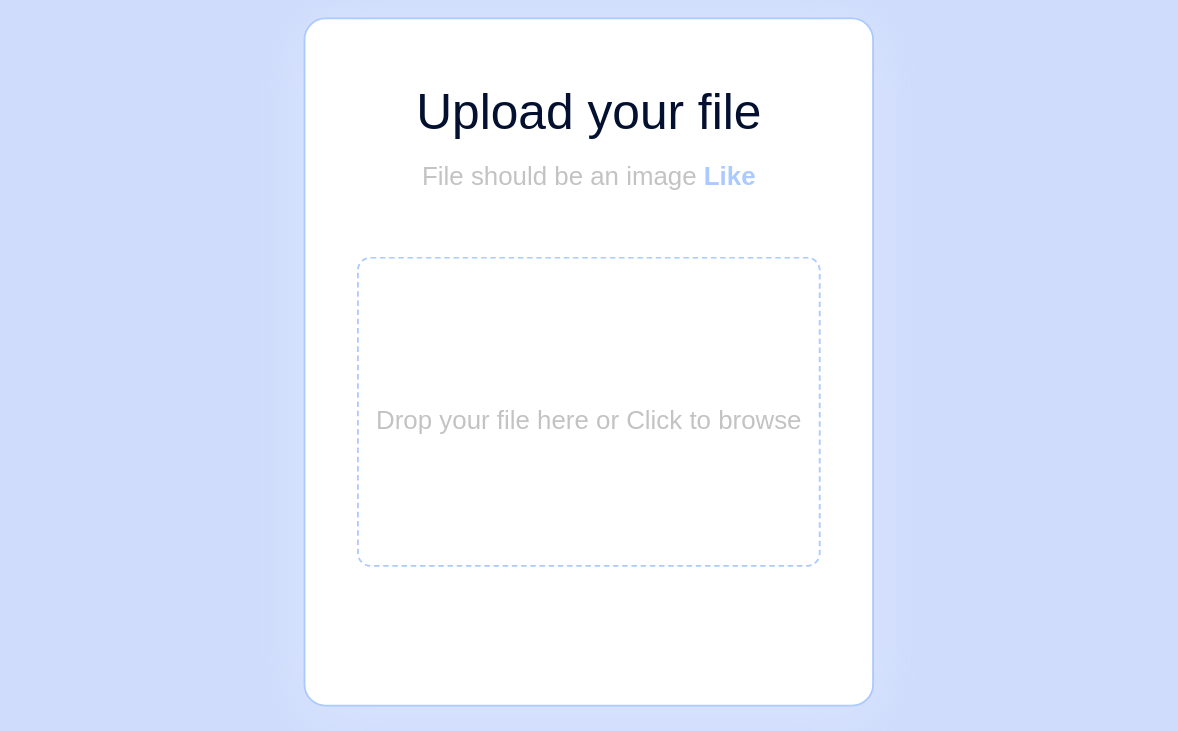
Repository: ThuongDuy/Phan_loai_anh
Page: hcsdlpt/index.html
The author's editor kept a copy of each file at every save. The page is drawn from the files as they stood at one save, then again after the next save.
The browser window is 1280 px wide. The pictures show the whole page, at 92% of full size.

Above is the page before, as saved 2023-06-01 17:09:54.

### hcsdlpt/index.html
<!DOCTYPE html>
<html lang="en">

<head>
    <meta charset="UTF-8">
    <meta http-equiv="X-UA-Compatible" content="IE=edge">
    <meta name="viewport" content="width=device-width, initial-scale=1.0">
    <title>Document</title>
    <link rel="stylesheet" href="./main.css">
</head>

<body>
    <!-- Upload Area -->
    <div id="uploadArea" class="upload-area">
        <!-- Header -->
        <div class="upload-area__header">
            <h1 class="upload-area__title">Upload your file</h1>
            <p class="upload-area__paragraph">
                File should be an image
                <strong class="upload-area__tooltip">
                    Like
                    <span class="upload-area__tooltip-data"></span> <!-- Data Will be Comes From Js -->
                </strong>
            </p>
        </div>
        <!-- End Header -->

        <!-- Drop Zoon -->
        <div id="dropZoon" class="upload-area__drop-zoon drop-zoon">
            <span class="drop-zoon__icon">
                <i class='bx bxs-file-image'></i>
            </span>
            <p class="drop-zoon__paragraph">Drop your file here or Click to browse</p>
            <span id="loadingText" class="drop-zoon__loading-text">Please Wait</span>
            <img src="" alt="Preview Image" id="previewImage" class="drop-zoon__preview-image" draggable="false">
            <input type="file" id="fileInput" class="drop-zoon__file-input" accept="image/*">
        </div>
        <!-- End Drop Zoon -->

        <!-- File Details -->
        <div id="fileDetails" class="upload-area__file-details file-details">
            <h3 class="file-details__title">Uploaded File</h3>

            <div id="uploadedFile" class="uploaded-file">
                <div class="uploaded-file__icon-container">
                    <i class='bx bxs-file-blank uploaded-file__icon'></i>
                    <span class="uploaded-file__icon-text"></span> <!-- Data Will be Comes From Js -->
                </div>

                <div id="uploadedFileInfo" class="uploaded-file__info">
                    <span class="uploaded-file__name">Proejct 1</span>
                    <span class="uploaded-file__counter">0%</span>
                </div>
            </div>

            <button id="btnSubmit">test</button>
        </div>
        <!-- End File Details -->
    </div>
    <!-- End Upload Area -->

    <!-- loading -->
    <div class="loader" id="loader">
        <svg class="pencil" viewBox="0 0 200 200" width="200px" height="200px" xmlns="http://www.w3.org/2000/svg">
            <defs>
                <clipPath id="pencil-eraser">
                    <rect rx="5" ry="5" width="30" height="30"></rect>
                </clipPath>
            </defs>
            <circle class="pencil__stroke" r="70" fill="none" stroke="currentColor" stroke-width="2"
                stroke-dasharray="439.82 439.82" stroke-dashoffset="439.82" stroke-linecap="round"
                transform="rotate(-113,100,100)" />
            <g class="pencil__rotate" transform="translate(100,100)">
                <g fill="none">
                    <circle class="pencil__body1" r="64" stroke="hsl(223,90%,50%)" stroke-width="30"
                        stroke-dasharray="402.12 402.12" stroke-dashoffset="402" transform="rotate(-90)" />
                    <circle class="pencil__body2" r="74" stroke="hsl(223,90%,60%)" stroke-width="10"
                        stroke-dasharray="464.96 464.96" stroke-dashoffset="465" transform="rotate(-90)" />
                    <circle class="pencil__body3" r="54" stroke="hsl(223,90%,40%)" stroke-width="10"
                        stroke-dasharray="339.29 339.29" stroke-dashoffset="339" transform="rotate(-90)" />
                </g>
                <g class="pencil__eraser" transform="rotate(-90) translate(49,0)">
                    <g class="pencil__eraser-skew">
                        <rect fill="hsl(223,90%,70%)" rx="5" ry="5" width="30" height="30" />
                        <rect fill="hsl(223,90%,60%)" width="5" height="30" clip-path="url(#pencil-eraser)" />
                        <rect fill="hsl(223,10%,90%)" width="30" height="20" />
                        <rect fill="hsl(223,10%,70%)" width="15" height="20" />
                        <rect fill="hsl(223,10%,80%)" width="5" height="20" />
                        <rect fill="hsla(223,10%,10%,0.2)" y="6" width="30" height="2" />
                        <rect fill="hsla(223,10%,10%,0.2)" y="13" width="30" height="2" />
                    </g>
                </g>
                <g class="pencil__point" transform="rotate(-90) translate(49,-30)">
                    <polygon fill="hsl(33,90%,70%)" points="15 0,30 30,0 30" />
                    <polygon fill="hsl(33,90%,50%)" points="15 0,6 30,0 30" />
                    <polygon fill="hsl(223,10%,10%)" points="15 0,20 10,10 10" />
                </g>
            </g>
        </svg>
        <!-- <span class="dot"></span>
        <span class="dot"></span>
        <span class="dot"></span> -->
    </div>
    <!-- loading -->

    <script src="https://cdnjs.cloudflare.com/ajax/libs/jquery/3.7.0/jquery.min.js"
        integrity="sha512-3gJwYpMe3QewGELv8k/BX9vcqhryRdzRMxVfq6ngyWXwo03GFEzjsUm8Q7RZcHPHksttq7/GFoxjCVUjkjvPdw=="
        crossorigin="anonymous" referrerpolicy="no-referrer"></script>
    <script src="./scripts.js"></script>
</body>

</html>

### hcsdlpt/main.css
/* General Styles */

* {
    box-sizing: border-box;
}

:root {
    --clr-white: rgb(255, 255, 255);
    --clr-black: rgb(0, 0, 0);
    --clr-light: rgb(245, 248, 255);
    --clr-light-gray: rgb(196, 195, 196);
    --clr-blue: rgb(63, 134, 255);
    --clr-light-blue: rgb(171, 202, 255);
}

body {
    margin: 0;
    padding: 0;
    background-color: var(--clr-light);
    color: var(--clr-black);
    font-family: 'Poppins', sans-serif;
    font-size: 1.125rem;
    min-height: 100vh;
    display: flex;
    justify-content: center;
    align-items: center;
}

/* End General Styles */

/* Upload Area */
.upload-area {
    width: 100%;
    max-width: 25rem;
    background-color: var(--clr-white);
    box-shadow: 0 10px 60px rgb(218, 229, 255);
    border: 2px solid var(--clr-light-blue);
    border-radius: 24px;
    padding: 2rem 1.875rem 5rem 1.875rem;
    margin: 0.625rem;
    text-align: center;
}

.upload-area--open {
    /* Slid Down Animation */
    animation: slidDown 500ms ease-in-out;
}

@keyframes slidDown {
    from {
        height: 28.125rem;
        /* 450px */
    }

    to {
        height: 35rem;
        /* 560px */
    }
}

/* Header */
.upload-area__header {}

.upload-area__title {
    font-size: 1.8rem;
    font-weight: 500;
    margin-bottom: 0.3125rem;
}

.upload-area__paragraph {
    font-size: 0.9375rem;
    color: var(--clr-light-gray);
    margin-top: 0;
}

.upload-area__tooltip {
    position: relative;
    color: var(--clr-light-blue);
    cursor: pointer;
    transition: color 300ms ease-in-out;
}

.upload-area__tooltip:hover {
    color: var(--clr-blue);
}

.upload-area__tooltip-data {
    position: absolute;
    top: 50%;
    left: 50%;
    transform: translate(-50%, -125%);
    min-width: max-content;
    background-color: var(--clr-white);
    color: var(--clr-blue);
    border: 1px solid var(--clr-light-blue);
    padding: 0.625rem 1.25rem;
    font-weight: 500;
    opacity: 0;
    visibility: hidden;
    transition: none 300ms ease-in-out;
    transition-property: opacity, visibility;
}

.upload-area__tooltip:hover .upload-area__tooltip-data {
    opacity: 1;
    visibility: visible;
}

/* Drop Zoon */
.upload-area__drop-zoon {
    position: relative;
    height: 11.25rem;
    /* 180px */
    display: flex;
    justify-content: center;
    align-items: center;
    flex-direction: column;
    border: 2px dashed var(--clr-light-blue);
    border-radius: 15px;
    margin-top: 2.1875rem;
    cursor: pointer;
    transition: border-color 300ms ease-in-out;
}

.upload-area__drop-zoon:hover {
    border-color: var(--clr-blue);
}

.drop-zoon__icon {
    display: flex;
    font-size: 3.75rem;
    color: var(--clr-blue);
    transition: opacity 300ms ease-in-out;
}

.drop-zoon__paragraph {
    font-size: 0.9375rem;
    color: var(--clr-light-gray);
    margin: 0;
    margin-top: 0.625rem;
    transition: opacity 300ms ease-in-out;
}

.drop-zoon:hover .drop-zoon__icon,
.drop-zoon:hover .drop-zoon__paragraph {
    opacity: 0.7;
}

.drop-zoon__loading-text {
    position: absolute;
    top: 50%;
    left: 50%;
    transform: translate(-50%, -50%);
    display: none;
    color: var(--clr-light-blue);
    z-index: 10;
}

.drop-zoon__preview-image {
    position: absolute;
    top: 0;
    left: 0;
    width: 100%;
    height: 100%;
    object-fit: contain;
    padding: 0.3125rem;
    border-radius: 10px;
    display: none;
    z-index: 1000;
    transition: opacity 300ms ease-in-out;
}

.drop-zoon:hover .drop-zoon__preview-image {
    opacity: 0.8;
}

.drop-zoon__file-input {
    display: none;
}

/* (drop-zoon--over) Modifier Class */
.drop-zoon--over {
    border-color: var(--clr-blue);
}

.drop-zoon--over .drop-zoon__icon,
.drop-zoon--over .drop-zoon__paragraph {
    opacity: 0.7;
}

/* (drop-zoon--over) Modifier Class */
.drop-zoon--Uploaded {}

.drop-zoon--Uploaded .drop-zoon__icon,
.drop-zoon--Uploaded .drop-zoon__paragraph {
    display: none;
}

/* File Details Area */
.upload-area__file-details {
    height: 0;
    visibility: hidden;
    opacity: 0;
    text-align: left;
    transition: none 500ms ease-in-out;
    transition-property: opacity, visibility;
    transition-delay: 500ms;
}

/* (duploaded-file--open) Modifier Class */
.file-details--open {
    height: auto;
    visibility: visible;
    opacity: 1;
}

.file-details__title {
    font-size: 1.125rem;
    font-weight: 500;
    color: var(--clr-light-gray);
}

/* Uploaded File */
.uploaded-file {
    display: flex;
    align-items: center;
    padding: 0.625rem 0;
    visibility: hidden;
    opacity: 0;
    transition: none 500ms ease-in-out;
    transition-property: visibility, opacity;
}

/* (duploaded-file--open) Modifier Class */
.uploaded-file--open {
    visibility: visible;
    opacity: 1;
}

.uploaded-file__icon-container {
    position: relative;
    margin-right: 0.3125rem;
}

.uploaded-file__icon {
    font-size: 3.4375rem;
    color: var(--clr-blue);
}

.uploaded-file__icon-text {
    position: absolute;
    top: 1.5625rem;
    left: 50%;
    transform: translateX(-50%);
    font-size: 0.9375rem;
    font-weight: 500;
    color: var(--clr-white);
}

.uploaded-file__info {
    position: relative;
    top: -0.3125rem;
    width: 100%;
    display: flex;
    justify-content: space-between;
}

.uploaded-file__info::before,
.uploaded-file__info::after {
    content: '';
    position: absolute;
    bottom: -0.9375rem;
    width: 0;
    height: 0.5rem;
    background-color: #ebf2ff;
    border-radius: 0.625rem;
}

.uploaded-file__info::before {
    width: 100%;
}

.uploaded-file__info::after {
    width: 100%;
    background-color: var(--clr-blue);
}

/* Progress Animation */
.uploaded-file__info--active::after {
    animation: progressMove 800ms ease-in-out;
    animation-delay: 300ms;
}

@keyframes progressMove {
    from {
        width: 0%;
        background-color: transparent;
    }

    to {
        width: 100%;
        background-color: var(--clr-blue);
    }
}

.uploaded-file__name {
    width: 100%;
    max-width: 6.25rem;
    /* 100px */
    display: inline-block;
    font-size: 1rem;
    white-space: nowrap;
    overflow: hidden;
    text-overflow: ellipsis;
}

.uploaded-file__counter {
    font-size: 1rem;
    color: var(--clr-light-gray);
}

.loader {
    width: 100%;
    height: 300px;
    display: flex;
    align-items: center;
    justify-content: center;
    gap: 20px;
}

.dot {
    height: 40px;
    width: 40px;
    border-radius: 50%;
}

.dot:nth-child(1) {
    background-color: red;
    animation: jump 0.6s 0.5s ease-in infinite
}

.dot:nth-child(2) {
    background-color: blue;
    animation: jump 0.6s 0.7s ease-in infinite
}

.dot:nth-child(3) {
    background-color: orange;
    animation: jump 0.6s 0.9s ease-in infinite
}


@keyframes jump {
    0% {
        transform: translate3D(0, 0, 0);
        opacity: 0;
    }

    50% {
        transform: translate3D(0, -15px, 0);
        opacity: 0.5;
    }

    100% {
        transform: translate3D(0, 0, 0);
        opacity: 1;
    }
}

* {
    border: 0;
    box-sizing: border-box;
    margin: 0;
    padding: 0;
}

:root {
    --hue: 223;
    --bg: hsl(var(--hue), 90%, 90%);
    --fg: hsl(var(--hue), 90%, 10%);
    --trans-dur: 0.3s;
    font-size: calc(20px + (30 - 20) * (100vw - 320px) / (1280 - 320));
}

body {
    background: var(--bg);
    color: var(--fg);
    font: 1em/1.5 sans-serif;
    height: 100vh;
    display: grid;
    place-items: center;
}

.pencil {
    display: block;
    width: 10em;
    height: 10em;
}

.pencil__body1,
.pencil__body2,
.pencil__body3,
.pencil__eraser,
.pencil__eraser-skew,
.pencil__point,
.pencil__rotate,
.pencil__stroke {
    animation-duration: 3s;
    animation-timing-function: linear;
    animation-iteration-count: infinite;
}

.pencil__body1,
.pencil__body2,
.pencil__body3 {
    transform: rotate(-90deg);
}

.pencil__body1 {
    animation-name: pencilBody1;
}

.pencil__body2 {
    animation-name: pencilBody2;
}

.pencil__body3 {
    animation-name: pencilBody3;
}

.pencil__eraser {
    animation-name: pencilEraser;
    transform: rotate(-90deg) translate(49px, 0);
}

.pencil__eraser-skew {
    animation-name: pencilEraserSkew;
    animation-timing-function: ease-in-out;
}

.pencil__point {
    animation-name: pencilPoint;
    transform: rotate(-90deg) translate(49px, -30px);
}

.pencil__rotate {
    animation-name: pencilRotate;
}

.pencil__stroke {
    animation-name: pencilStroke;
    transform: translate(100px, 100px) rotate(-113deg);
}

/* Animations */
@keyframes pencilBody1 {

    from,
    to {
        stroke-dashoffset: 351.86;
        transform: rotate(-90deg);
    }

    50% {
        stroke-dashoffset: 150.8;
        /* 3/8 of diameter */
        transform: rotate(-225deg);
    }
}

@keyframes pencilBody2 {

    from,
    to {
        stroke-dashoffset: 406.84;
        transform: rotate(-90deg);
    }

    50% {
        stroke-dashoffset: 174.36;
        transform: rotate(-225deg);
    }
}

@keyframes pencilBody3 {

    from,
    to {
        stroke-dashoffset: 296.88;
        transform: rotate(-90deg);
    }

    50% {
        stroke-dashoffset: 127.23;
        transform: rotate(-225deg);
    }
}

@keyframes pencilEraser {

    from,
    to {
        transform: rotate(-45deg) translate(49px, 0);
    }

    50% {
        transform: rotate(0deg) translate(49px, 0);
    }
}

@keyframes pencilEraserSkew {

    from,
    32.5%,
    67.5%,
    to {
        transform: skewX(0);
    }

    35%,
    65% {
        transform: skewX(-4deg);
    }

    37.5%,
    62.5% {
        transform: skewX(8deg);
    }

    40%,
    45%,
    50%,
    55%,
    60% {
        transform: skewX(-15deg);
    }

    42.5%,
    47.5%,
    52.5%,
    57.5% {
        transform: skewX(15deg);
    }
}

@keyframes pencilPoint {

    from,
    to {
        transform: rotate(-90deg) translate(49px, -30px);
    }

    50% {
        transform: rotate(-225deg) translate(49px, -30px);
    }
}

@keyframes pencilRotate {
    from {
        transform: translate(100px, 100px) rotate(0);
    }

    to {
        transform: translate(100px, 100px) rotate(720deg);
    }
}

@keyframes pencilStroke {
    from {
        stroke-dashoffset: 439.82;
        transform: translate(100px, 100px) rotate(-113deg);
    }

    50% {
        stroke-dashoffset: 164.93;
        transform: translate(100px, 100px) rotate(-113deg);
    }

    75%,
    to {
        stroke-dashoffset: 439.82;
        transform: translate(100px, 100px) rotate(112deg);
    }
}

Loaded but not shown: hcsdlpt/scripts.js (222 lines, source omitted)

After the next save:
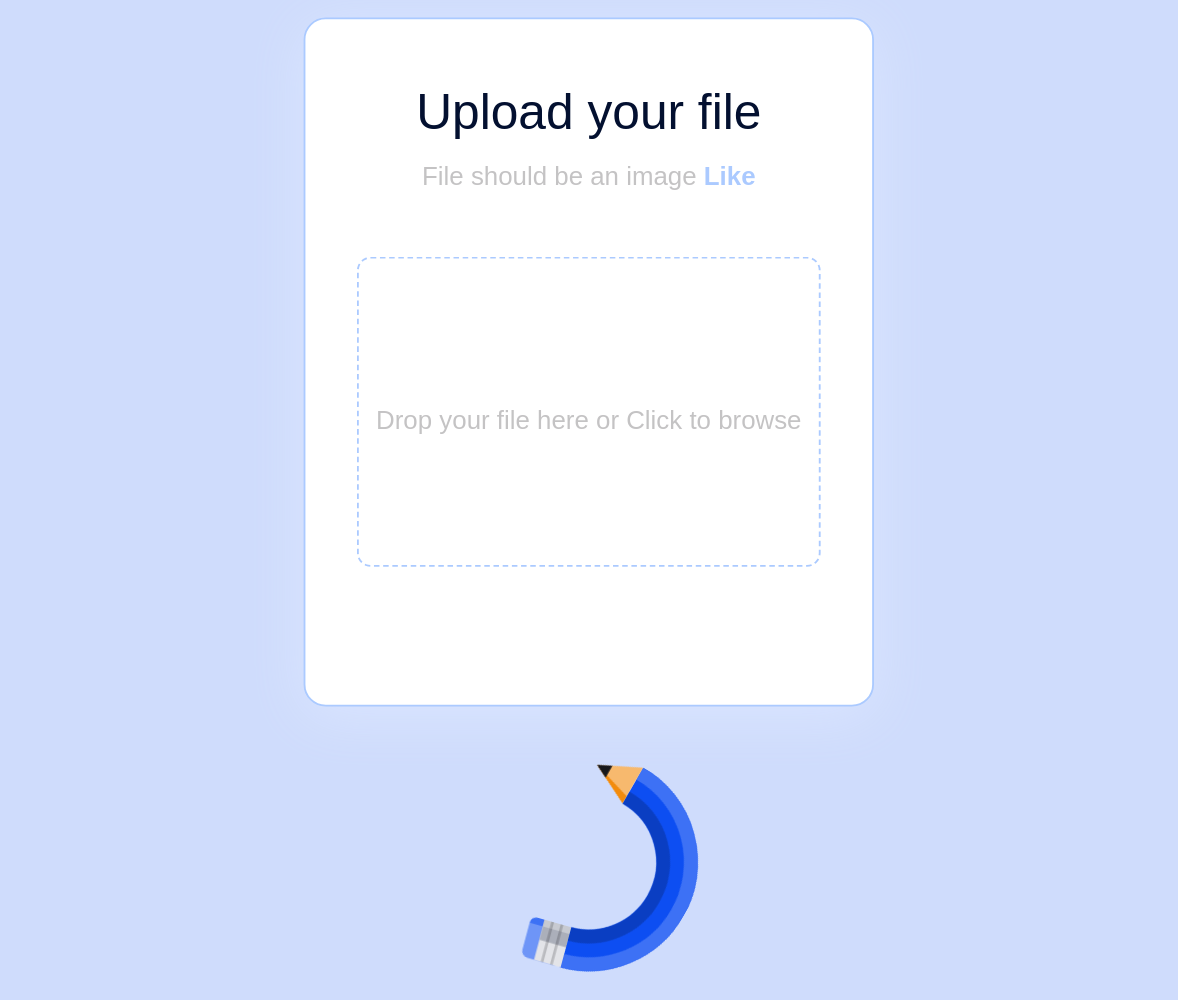
Saved 29 s later.
--- a/hcsdlpt/index.html
+++ b/hcsdlpt/index.html
@@ -60,7 +60,7 @@
     <!-- End Upload Area -->
 
     <!-- loading -->
-    <div class="loader" id="loader">
+    <!-- <div class="loader" id="loader"> -->
         <svg class="pencil" viewBox="0 0 200 200" width="200px" height="200px" xmlns="http://www.w3.org/2000/svg">
             <defs>
                 <clipPath id="pencil-eraser">
@@ -100,7 +100,7 @@
         <!-- <span class="dot"></span>
         <span class="dot"></span>
         <span class="dot"></span> -->
-    </div>
+    <!-- </div> -->
     <!-- loading -->
 
     <script src="https://cdnjs.cloudflare.com/ajax/libs/jquery/3.7.0/jquery.min.js"

After the save that followed:
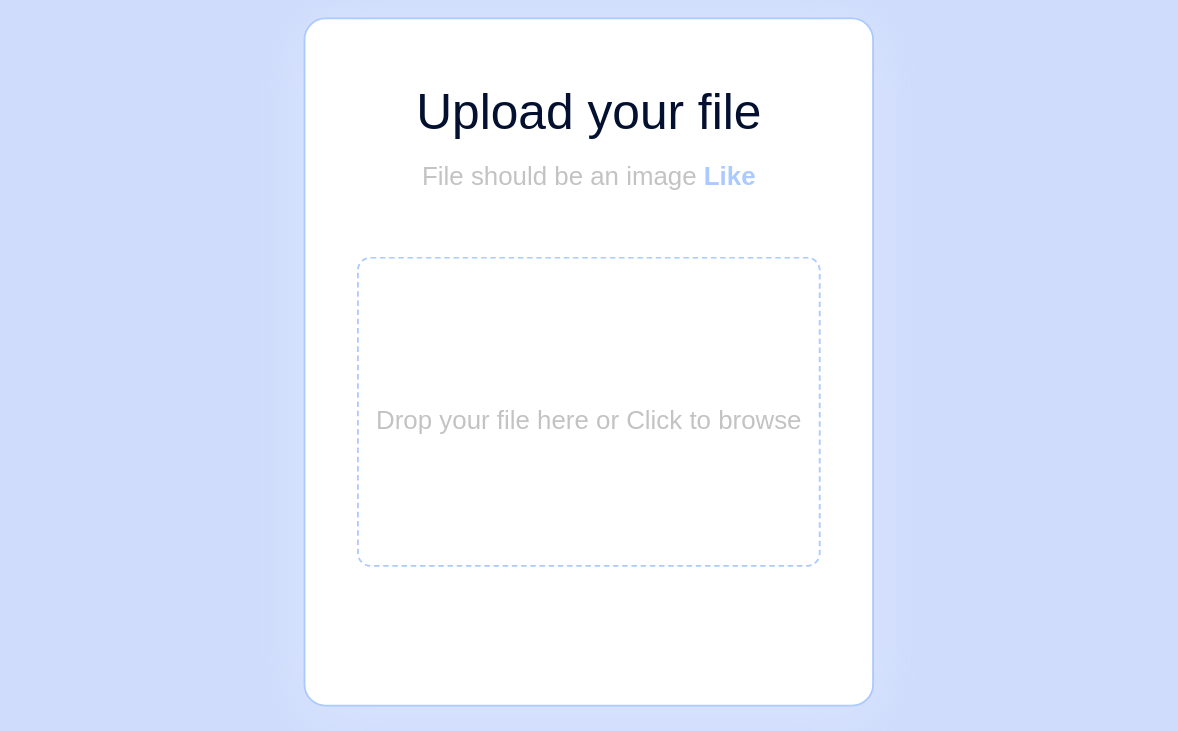
Saved 10 min 4 s later.
--- a/hcsdlpt/index.html
+++ b/hcsdlpt/index.html
@@ -61,7 +61,7 @@
 
     <!-- loading -->
     <!-- <div class="loader" id="loader"> -->
-        <svg class="pencil" viewBox="0 0 200 200" width="200px" height="200px" xmlns="http://www.w3.org/2000/svg">
+        <!-- <svg class="pencil" viewBox="0 0 200 200" width="200px" height="200px" xmlns="http://www.w3.org/2000/svg">
             <defs>
                 <clipPath id="pencil-eraser">
                     <rect rx="5" ry="5" width="30" height="30"></rect>
@@ -96,7 +96,7 @@
                     <polygon fill="hsl(223,10%,10%)" points="15 0,20 10,10 10" />
                 </g>
             </g>
-        </svg>
+        </svg> -->
         <!-- <span class="dot"></span>
         <span class="dot"></span>
         <span class="dot"></span> -->
